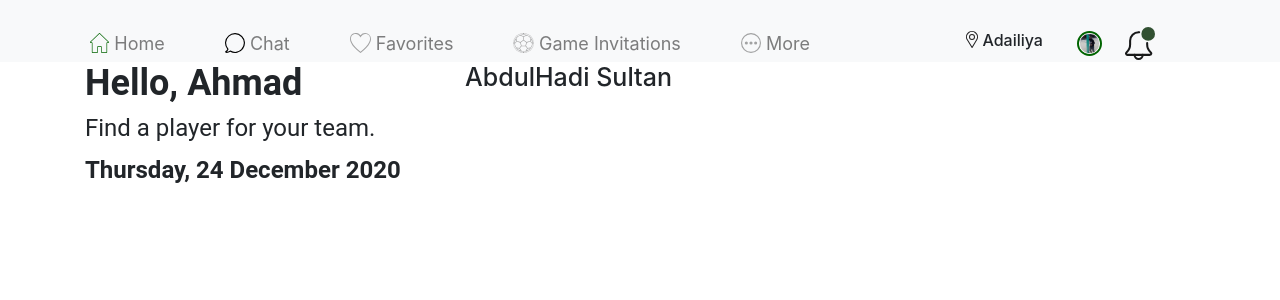
Repository: usman-yousuf/football-website
Page: Home/home.html
The author's editor kept a copy of each file at every save. The page is drawn from the files as they stood at one save, then again after a run of saves.
The browser window is 1280 px wide. The pictures show the whole page.

Above is the page before, as saved 2021-08-18 11:35:00.
Console error: ReferenceError: $ is not defined

After the next 2 saves:
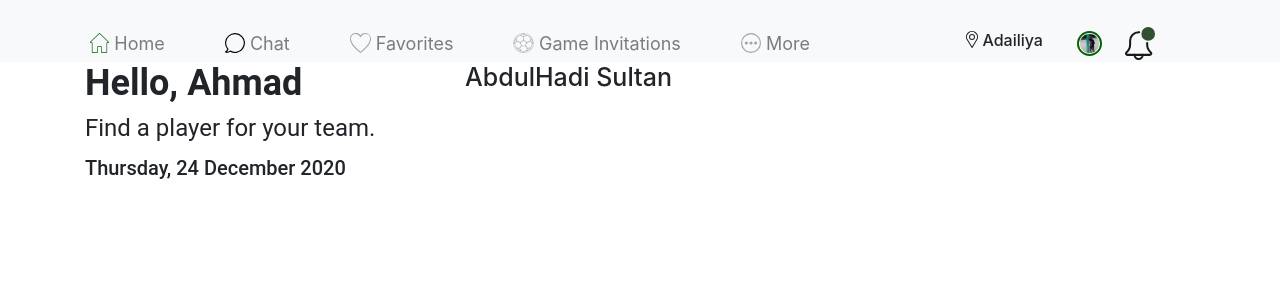
The 2 saves are shown as one change because they came seconds apart.
The last was saved 11 s later.
--- a/assets/main.css
+++ b/assets/main.css
@@ -62,7 +62,7 @@
 
 .ahmed_text_m h4 {
   font-family: Roboto;
-  font-weight: bold;
-  font-size: 2.4rem;
+  font-weight: 500;
+  font-size: 2rem;
 }
 /* .................Home Page CSS End .........................  */
